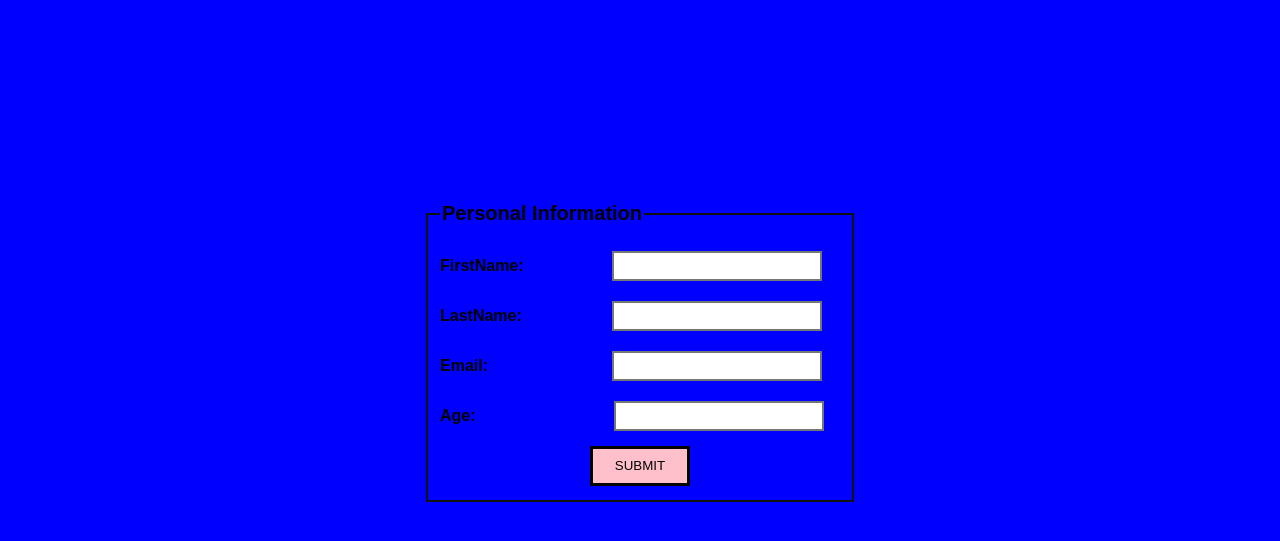
Repository: Femi007-gh/Legend
Page: index.html
These files come from the project's save history. The page is drawn as it stood at one moment and after the next save; the edit follows.
The browser window is 1280 px wide. The pictures show the whole page.

Above is the page before, as saved 2025-04-05 08:10:47.

### index.html
<html>
  <head>
    <title>LEGEND</title>
    <link rel="stylesheet" href="style.css">
  </head>
  <body>
    <form>
      <fieldset class="field">
        <legend class="ld">Personal Information</legend>
        <label class="first">FirstName:</label>
        <input type="text" class="FN"><br>

        <label class="last">LastName:</label>
        <input type="text" class="LN"> <br>

        <label class="mail">Email:</label>
        <input type="text" class="email"> <br>

        <label class="yourage">Age:</label>
        <input type="text" class="age"> <br>
         <a href="index2.html">
          <button class="sub" type="button">SUBMIT</button>
        </a>
      </fieldset>
    </form>
  </body>
</html>

### style.css
body {
  font-family:Arial, Helvetica, sans-serif;
  font-weight: bold;
  display: flex;
  justify-content: center;
  align-items: center;
  background-color: blue;
}

.ld {
  font-size: 20px;
}

.field {
  border: 2px solid #111;
  width: 400px;
  height: 280px;
}

.FN {
  margin-top: 20px;
  margin-left: 84px;
  border-style: solid;
  height: 30px;
  width: 210px;
}

.LN {
  margin-top: 20px;
  margin-left: 86px;
  border-style: solid;
  height: 30px;
  width: 210px;
}

.email {
  margin-top: 20px;
  margin-left:120px;
  height: 30px;
  border-style: solid;
  width: 210px;
}

.age {
  margin-top: 20px;
  margin-left: 134px;
  border-style: solid;
  height: 30px;
  width: 210px;
}

input {
  background-color: white;
}

.sub {
  height: 40px;
  width: 100px;
  margin-left: 150px;
  margin-top: 15px;
  border: none;
  background-color: pink;
  border-style: solid;
  cursor: pointer;
}

.sub:hover {
  background-color: blue;
}

After the next save:
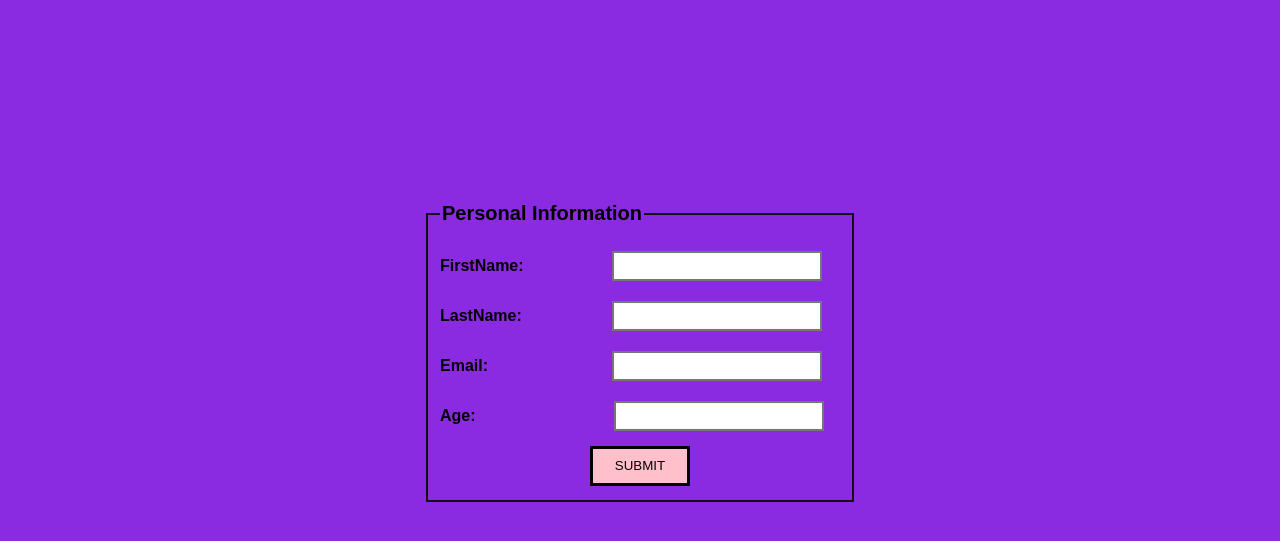
Saved 4 s later.
--- a/style.css
+++ b/style.css
@@ -4,7 +4,7 @@ body {
   display: flex;
   justify-content: center;
   align-items: center;
-  background-color: blue;
+  background-color: blueviolet;
 }
 
 .ld {
